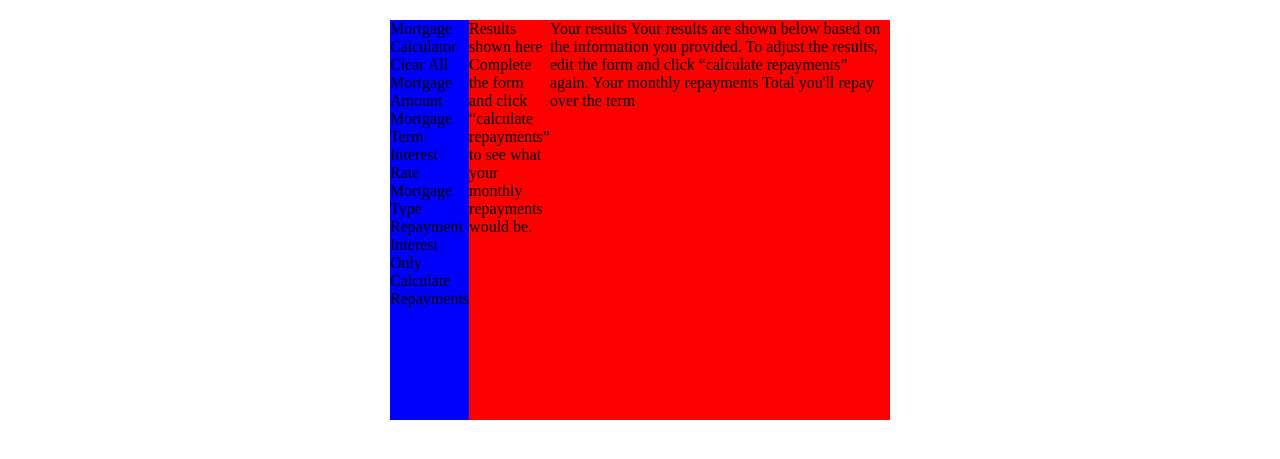
Repository: GravielPV/Mortgage-repayment-calculator
Page: index.html
The author's editor kept a copy of each file at every save. The page is drawn from the files as they stood at one save, then again after the next save.
The browser window is 1280 px wide. The pictures show the whole page.

Above is the page before, as saved 2025-12-11 16:42:34.

After the next save:
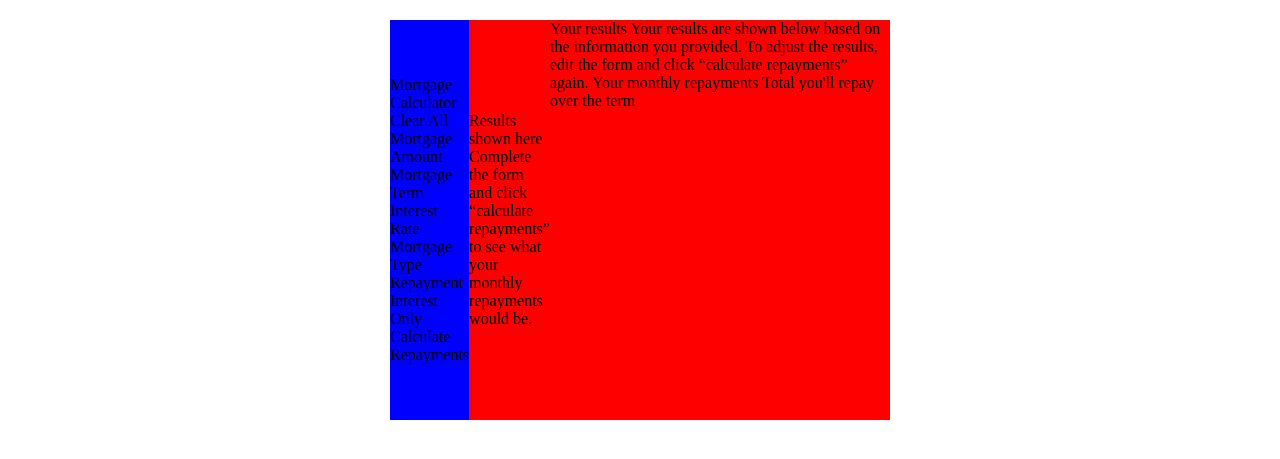
Saved 20 s later.
--- a/styles.css
+++ b/styles.css
@@ -8,8 +8,10 @@ background-color: red;
 }
 
 .lado{
-    width: 50%;
+    width: 50%;                  /* 2 columnas iguales */
     display: flex;
+    align-items: center;
+    justify-content: center;
 }
 
 .izquierdo{
